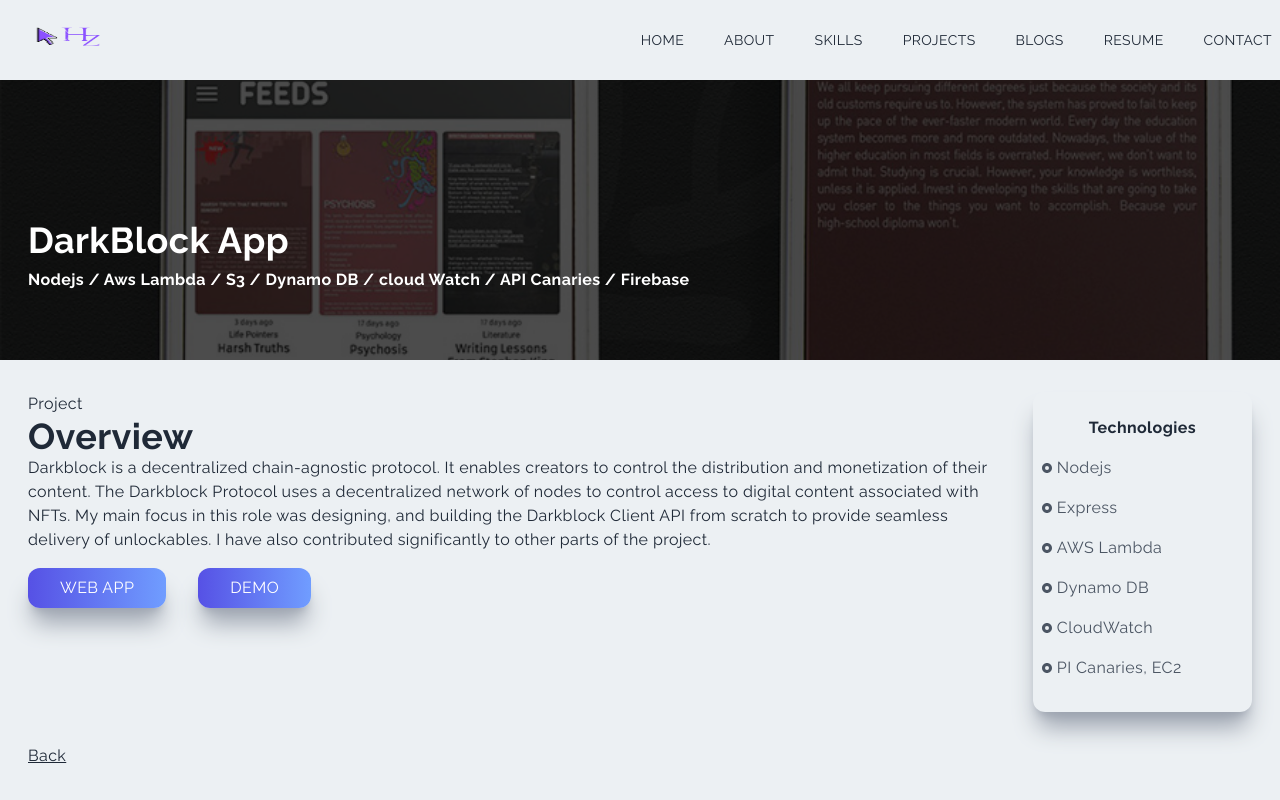
Repository: Hasnainzxc/testofolio
Page: /thinkaway
An editor plug-in stored every save of this project. The page is shown before and after the next save, followed by the edit.
The browser window is 1280 px wide. The pictures show the whole page.
The project was rebuilt for these pictures with package versions that can differ from the ones it lists, and the page was loaded fresh each time. The framework's server and built-in components were replaced by stand-ins that run in the browser. Also part of the build but not shown: next.config.js.

Above is the page before, as saved 2023-01-29 07:32:12.

After the next save:
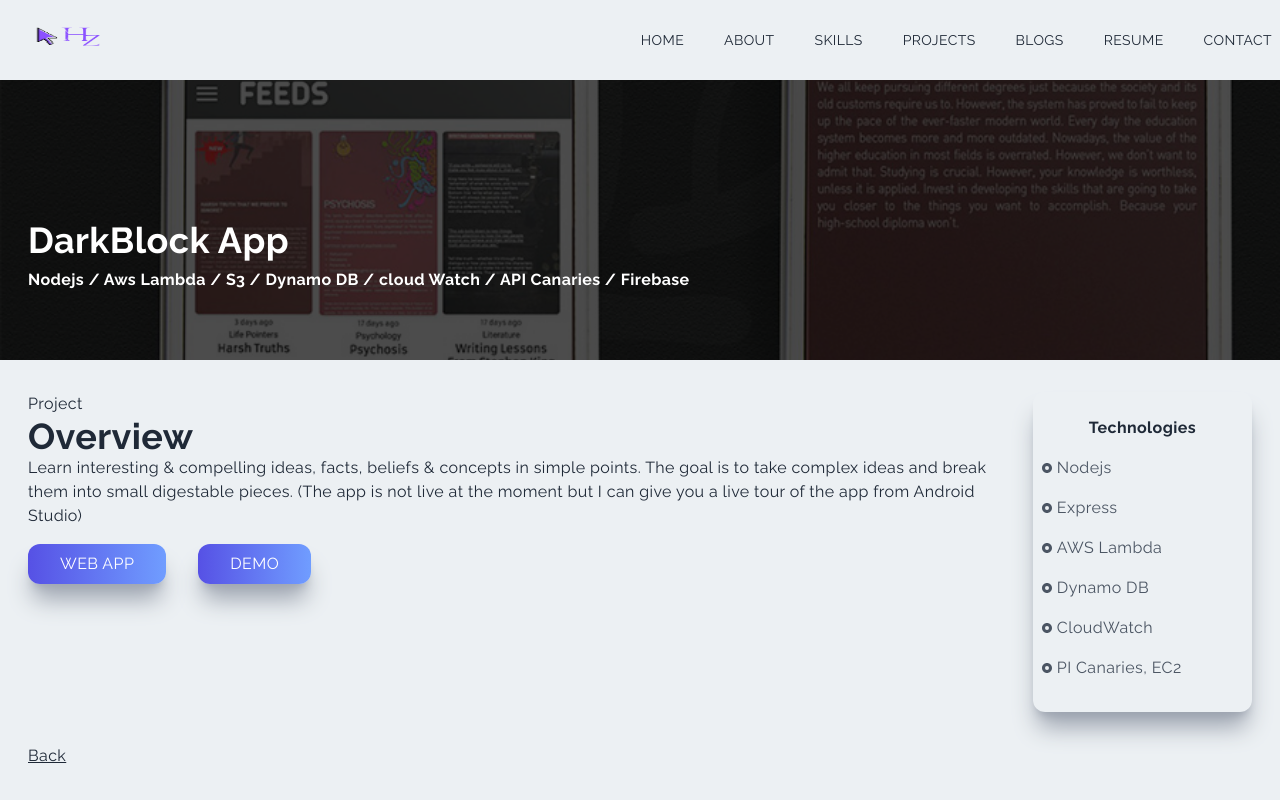
Saved 52 s later.
--- a/pages/thinkaway.jsx
+++ b/pages/thinkaway.jsx
@@ -27,11 +27,11 @@
           <p>Project</p>
           <h2>Overview</h2>
 
-          <p>
-Darkblock is a decentralized chain-agnostic protocol. It enables creators to control the distribution and monetization of their content.
-The Darkblock Protocol uses a decentralized network of nodes to control access to digital content associated with NFTs.
-My main focus in this role was designing, and building the Darkblock Client API from scratch to provide seamless delivery of unlockables.
-I have also contributed significantly to other parts of the project.   </p>
+          <p>  Learn interesting & compelling ideas, facts, beliefs & concepts in simple points.
+
+The goal is to take complex ideas and break them into small digestable pieces.
+
+(The app is not live at the moment but I can give you a live tour of the app from Android Studio)</p>
 
 
           <a
